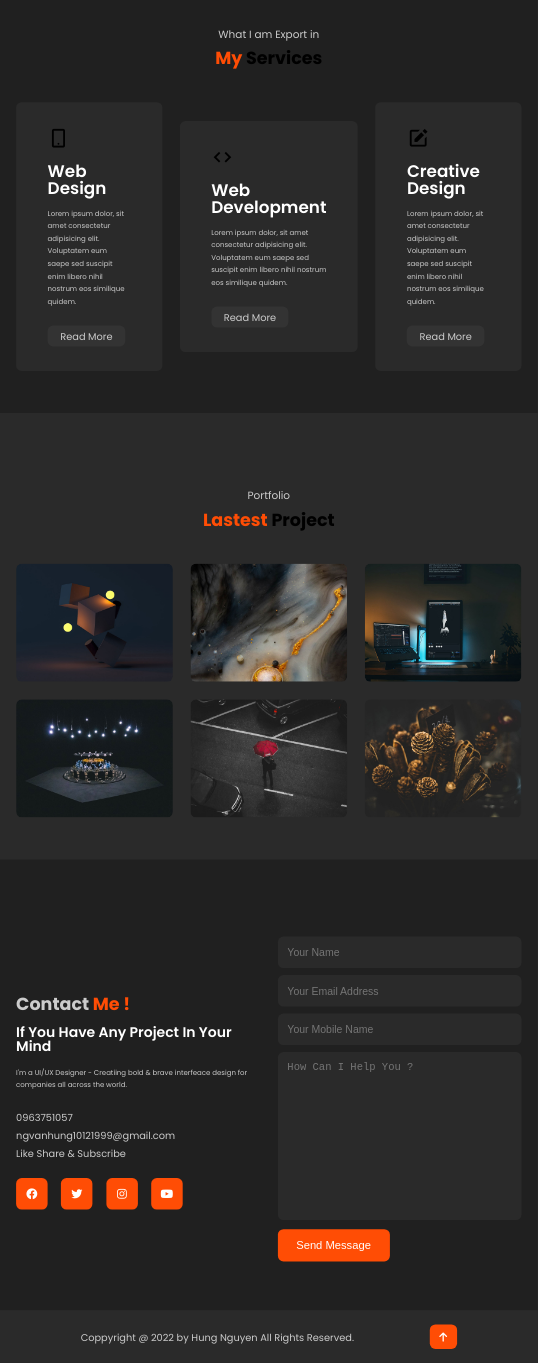
Repository: HungNg99/Protifolio2
Page: Portfolio/index.html
An editor plug-in stored every save of this project. The page is shown before and after the next save, followed by the edit.
The browser window is 768 px wide. The pictures show the part of the page from y = 2150 to 4390 px (the page is 4097 px tall before and 4390 px after), at 70% of full size.

Above is the page before, as saved 2022-12-12 16:48:17.

After the next save:
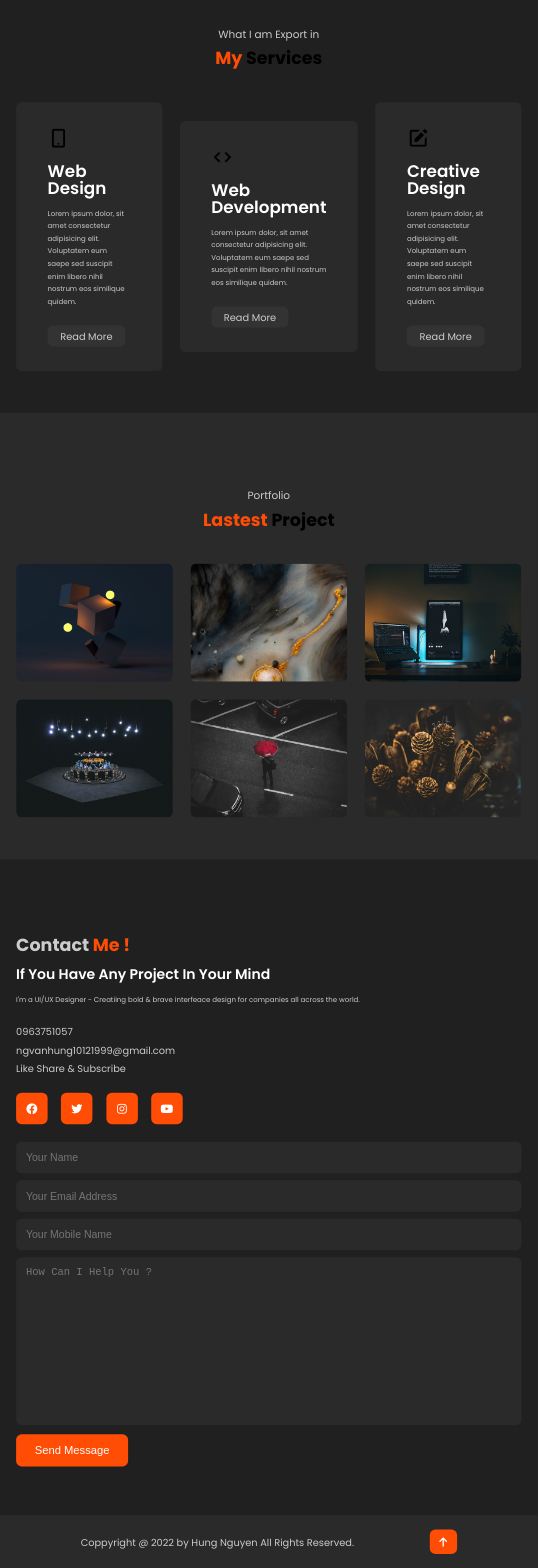
Saved 90 s later.
--- a/Portfolio/style.css
+++ b/Portfolio/style.css
@@ -498,4 +498,8 @@ form textarea{
         height: auto;
         max-width:100%
     }
-}
+    .services,
+    .contact{
+     grid-template-columns: 1fr;
+    }
+}
